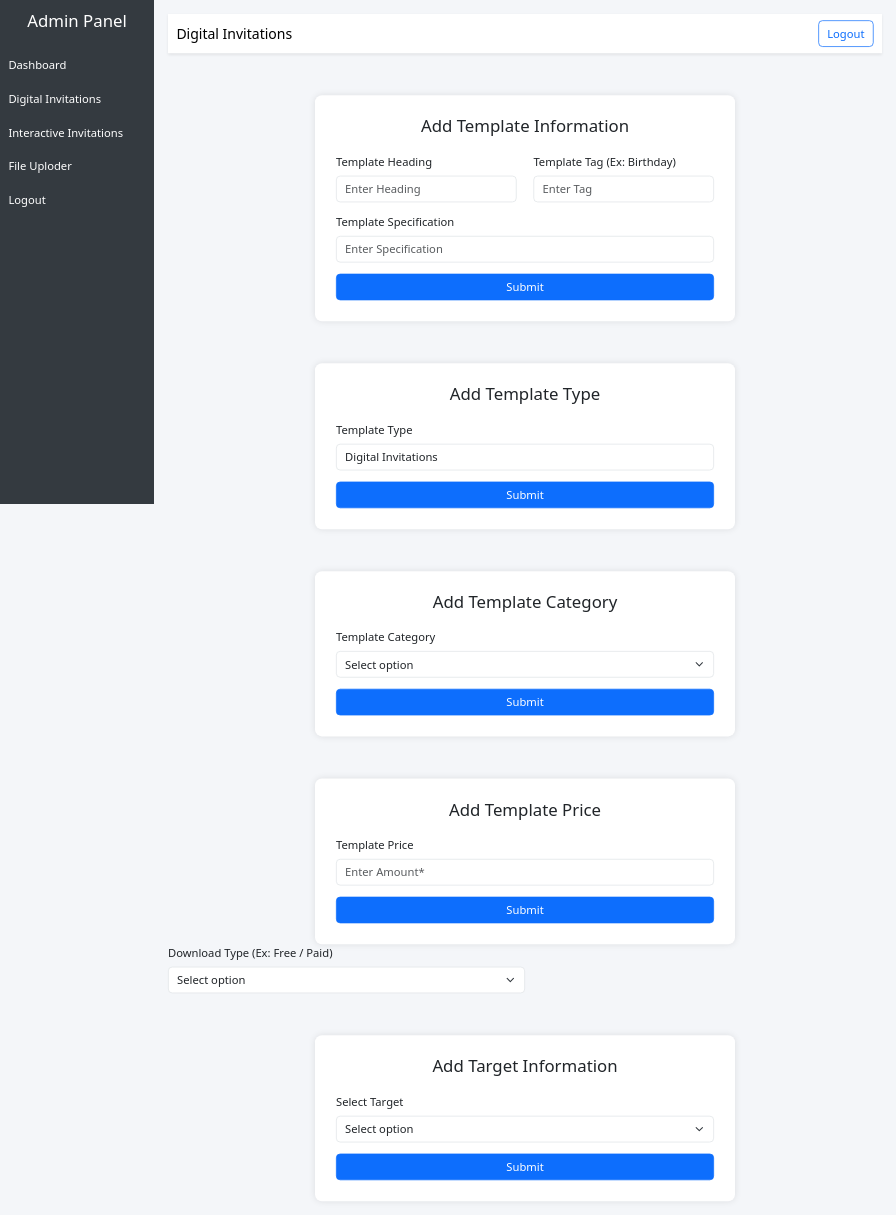
Repository: viraj7551/Flying-Invite-Project
Page: http://localhost/Admin03/digital_invitation.jsp
These files come from the project's save history. The page is drawn as it stood at one moment and after the next save; the edit follows.
The browser window is 1280 px wide. The pictures show the whole page, at 70% of full size.
Some web fonts or font styles are not loaded; a fallback is used. The page is served by Tomcat 9.

Above is the page before, as saved 2026-07-18 17:39:04.

After the next save:
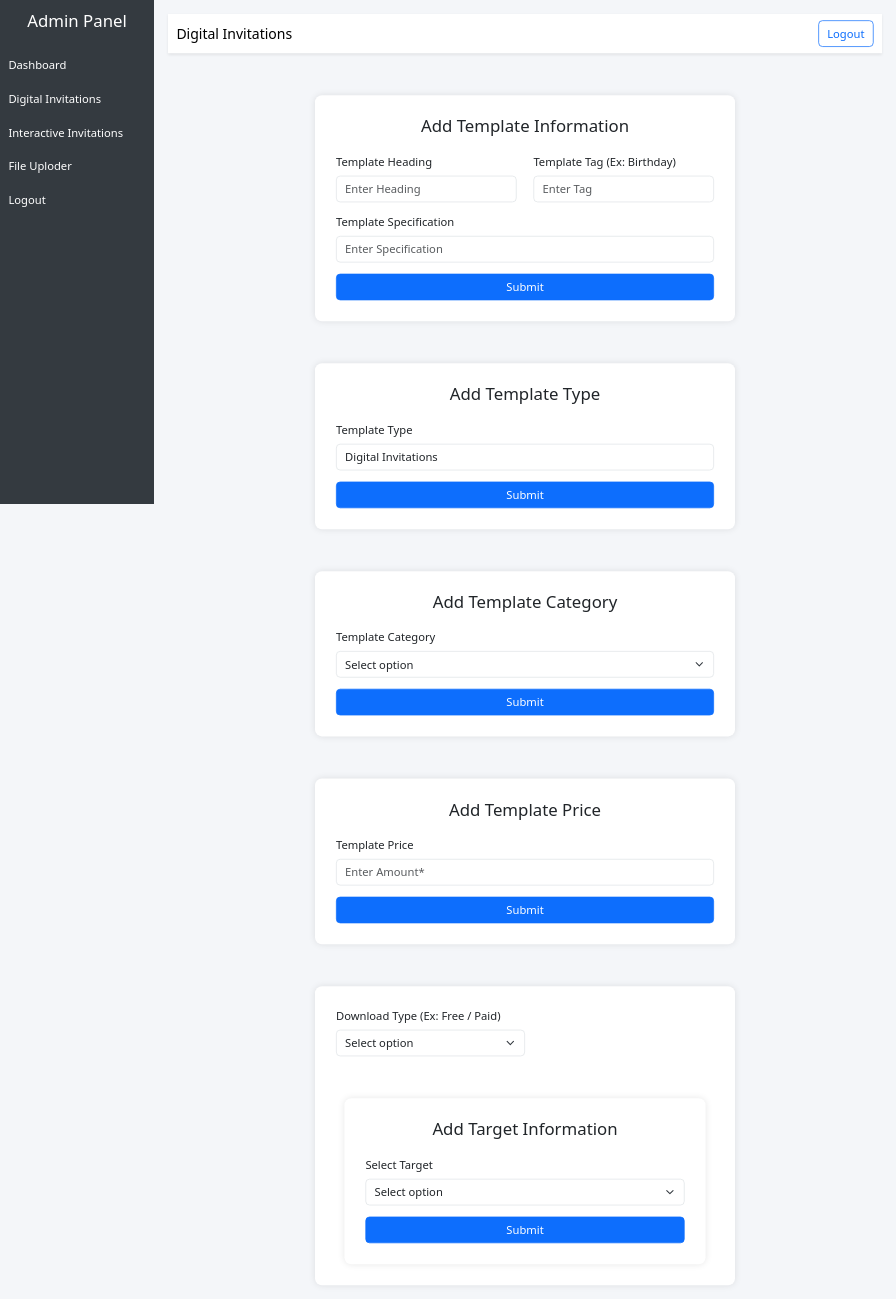
Saved 11 s later.
--- a/Admin03/WebContent/digital_invitation.jsp
+++ b/Admin03/WebContent/digital_invitation.jsp
@@ -230,7 +230,8 @@ margin-left:0;
 
 
 <!-- -------------------Form 5 starts here ------------->
-
+<div class="container">
+  <div class="form-container">
      <div class="col-md-6 mb-3">
               <label class="form-label">Download Type (Ex: Free / Paid)</label>
               <select class="form-select" name="template_download_type">
